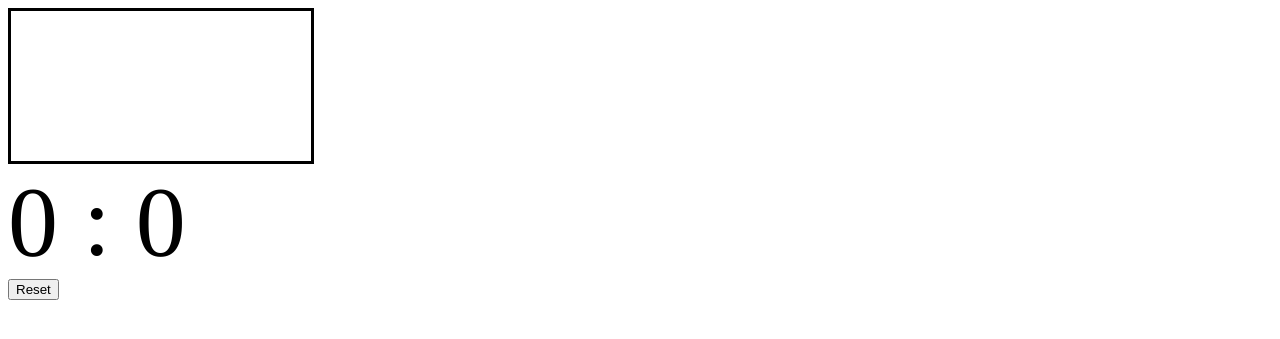
Repository: zacheys123/ping-pong
Page: index.html
The author's editor kept a copy of each file at every save. The page is drawn from the files as they stood at one save, then again after the next save.
The browser window is 1280 px wide. The pictures show the whole page.

Above is the page before, as saved 2023-06-30 22:53:57.

After the next save:
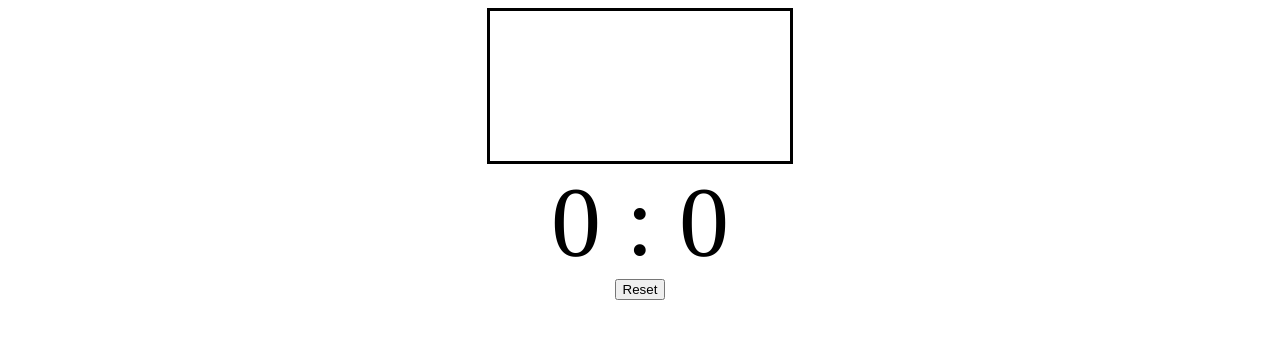
Saved 56 s later.
--- a/style.css
+++ b/style.css
@@ -1,3 +1,6 @@
+#gamecontainer {
+	text-align: center;
+}
 #gameboard {
 	border: 3px solid;
 }
